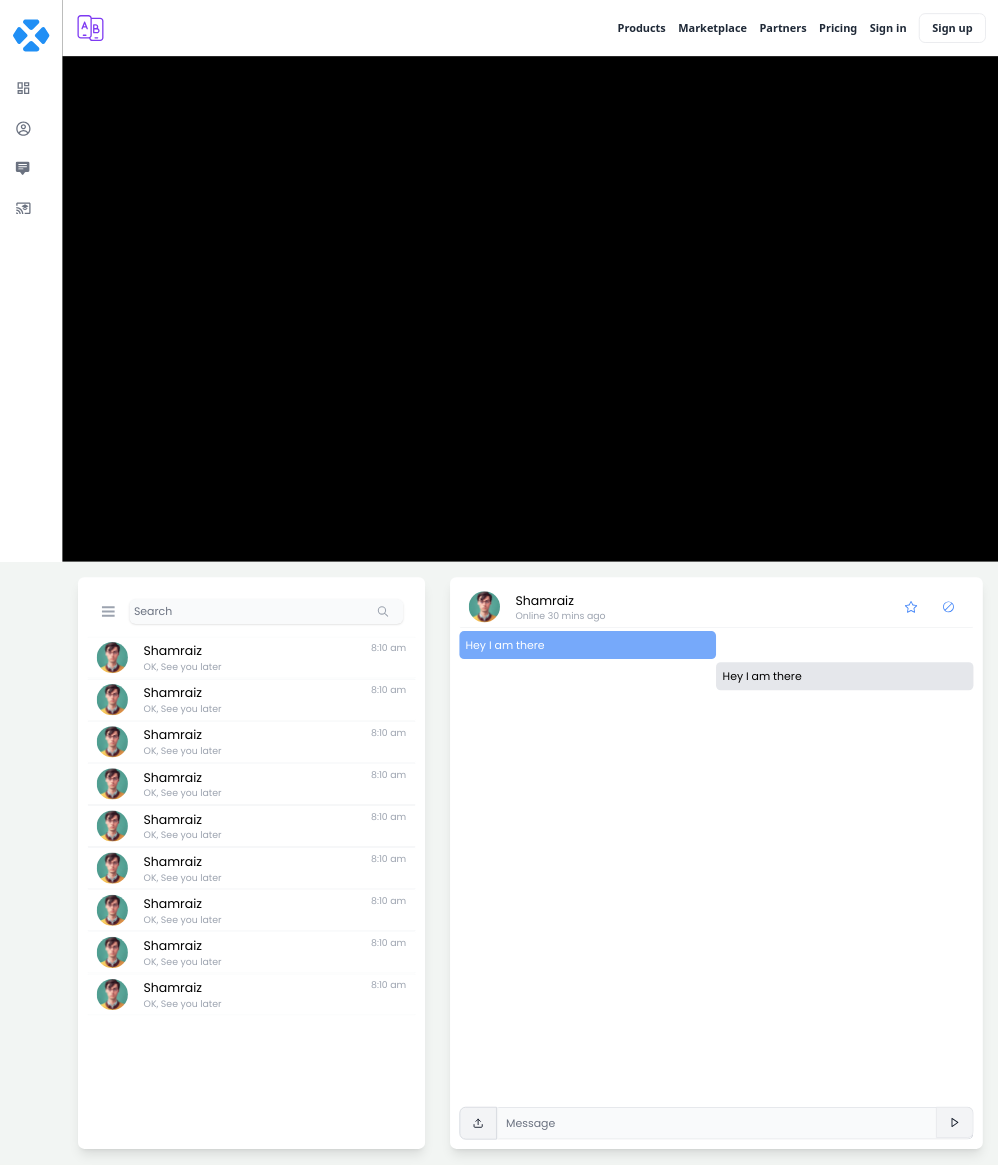
Repository: Shamraiz761/Frontend-Assessment
Page: /chat
These files come from the project's save history. The page is drawn as it stood at one moment and after the next save; the edit follows.
The browser window is 1280 px wide. The pictures show the whole page, at 78% of full size.
The project was rebuilt for these pictures with package versions that can differ from the ones it lists, and the page was loaded fresh each time. Also part of the build but not shown: vite.config.js, src/routes/root.jsx, src/pages/orders/index.jsx, src/pages/submission/index.jsx, src/pages/admin/index.css, src/components/admin/card.jsx, src/components/admin/addCard.jsx, src/pages/admin/index.jsx and 3 more. Imported but missing from the stored project, and not drawn on this page: src/pages/auth/login, src/pages/tasks, src/routes/profileLayout.

Above is the page before, as saved 2023-07-06 13:48:35.

After the next save:
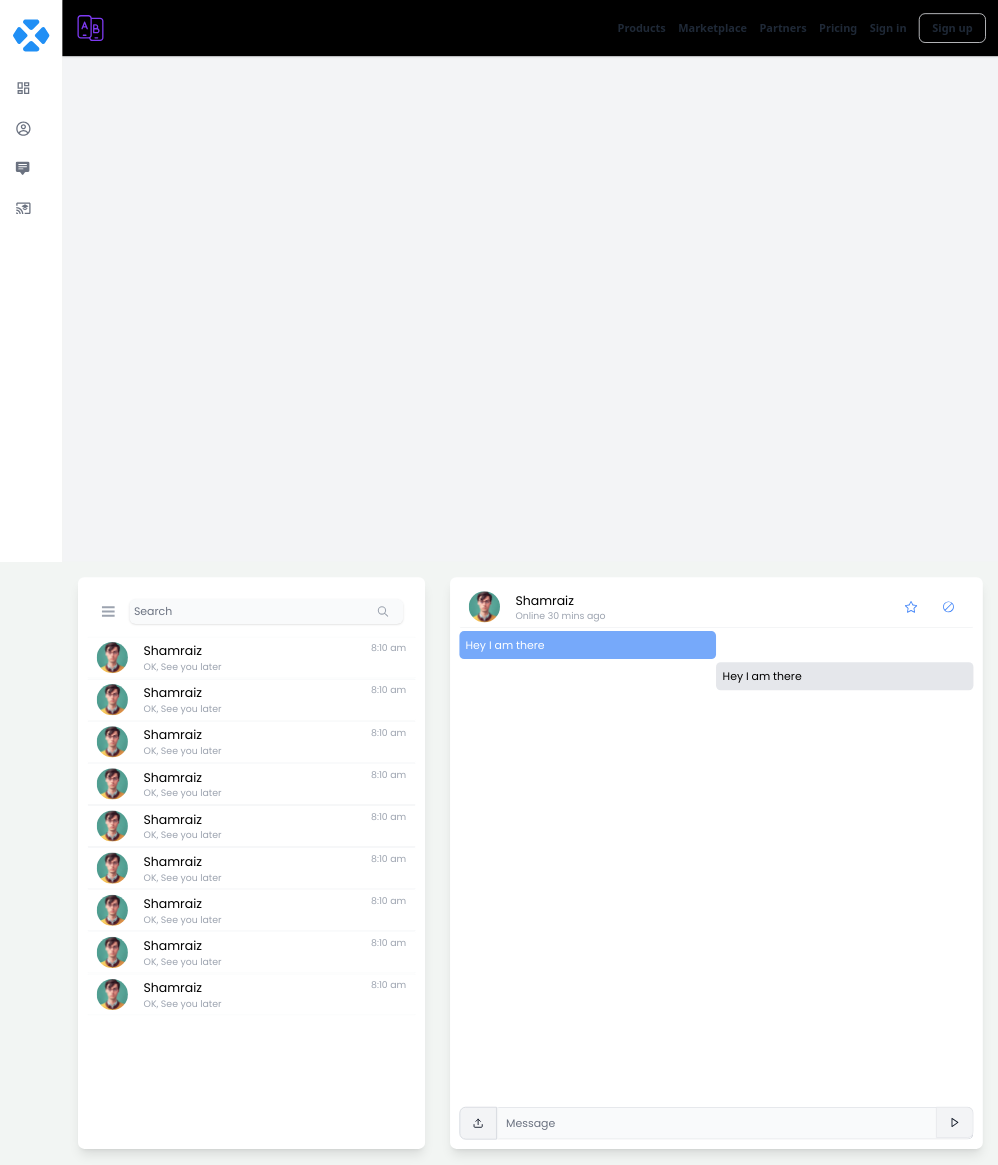
Saved 41 s later.
--- a/src/components/header/index.jsx
+++ b/src/components/header/index.jsx
@@ -13,8 +13,8 @@ function Header() {
     <div>
       {/* component */}
 
-      <div class="bg-black text-gray-100 font-sans w-full min-h-screen m-0">
-        <div class="bg-white shadow">
+      <div class="bg-gray-100 font-sans w-full min-h-screen m-0">
+        <div class="bg-black text-gray-100 shadow">
           <div class="container mx-auto px-4">
             <div class="flex items-center justify-between py-4">
               <div>
